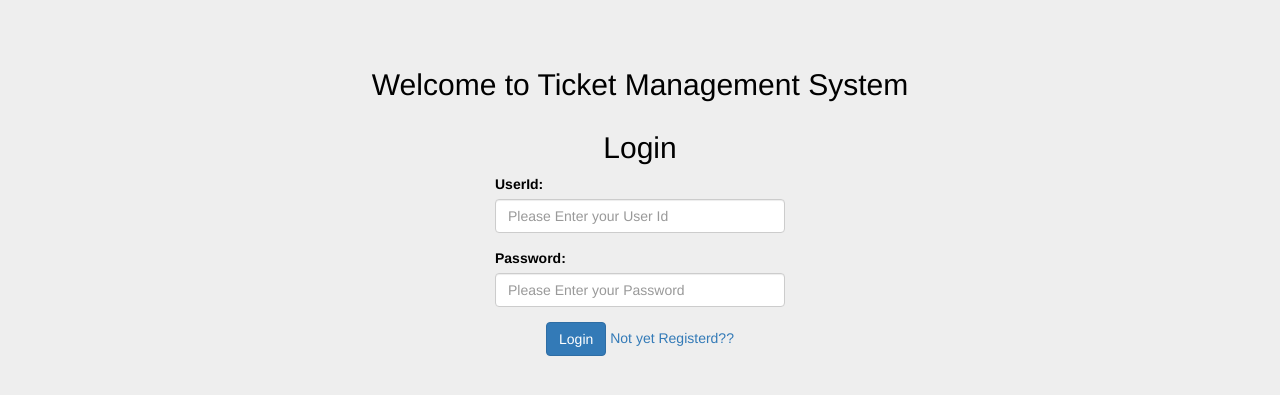
Repository: krutishilp/Sample
Page: http://localhost/productmanagement-webapp/
An editor plug-in stored every save of this project. The page is shown before and after the next save, followed by the edit.
The browser window is 1280 px wide. The pictures show the whole page.
The page is served by Tomcat 9. Other server files are loaded and not shown.

Above is the page before, as saved 2020-09-04 11:48:20.

### JAVA-Eclipse-workspace/productmanagement-webapp/src/main/webapp/index.jsp
<!DOCTYPE html>
<html>
<head>
<meta charset="ISO-8859-1">
<title>Login</title>
<link rel="stylesheet"
	href="https://maxcdn.bootstrapcdn.com/bootstrap/3.3.7/css/bootstrap.min.css"
	integrity="sha384-BVYiiSIFeK1dGmJRAkycuHAHRg32OmUcww7on3RYdg4Va+PmSTsz/K68vbdEjh4u"
	crossorigin="anonymous">
<style type="text/css">
.container {
	width: 25%;
	align-content: center;
}
</style>

</head>
<body class="jumbotron text-center">
	<h2>Welcome to Ticket Management System</h2>
	<div class="container text-left">
		<form action="login" method="post">

			<h2 class="text-center">Login</h2>
			<div class="form-group">
				<label for="userid">UserId:</label> <input type="number"
					class="form-control" name="userId" id="userid"
					placeholder="Please Enter your User Id" required="required">
			</div>
			<div class="form-group">
				<label for="pass">Password:</label> <input type="password"
					class="form-control" name="password" id="pass"
					placeholder="Please Enter your Password" required="required">
			</div>
			<div class="text-center">
				<input type="submit" class="btn btn-primary" value="Login">
				<a class="text-primary" href="register.html">Not yet Registerd??</a>
			</div>

		</form>
	</div>
</body>
</html>

After the next save:
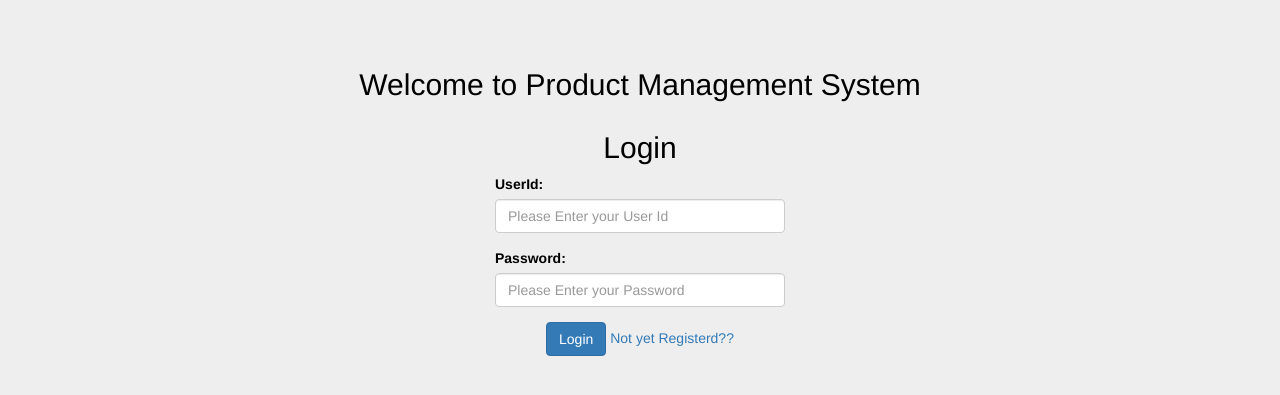
Saved 55 s later.
--- a/JAVA-Eclipse-workspace/productmanagement-webapp/src/main/webapp/index.jsp
+++ b/JAVA-Eclipse-workspace/productmanagement-webapp/src/main/webapp/index.jsp
@@ -16,7 +16,7 @@
 
 </head>
 <body class="jumbotron text-center">
-	<h2>Welcome to Ticket Management System</h2>
+	<h2>Welcome to Product Management System</h2>
 	<div class="container text-left">
 		<form action="login" method="post">
 
